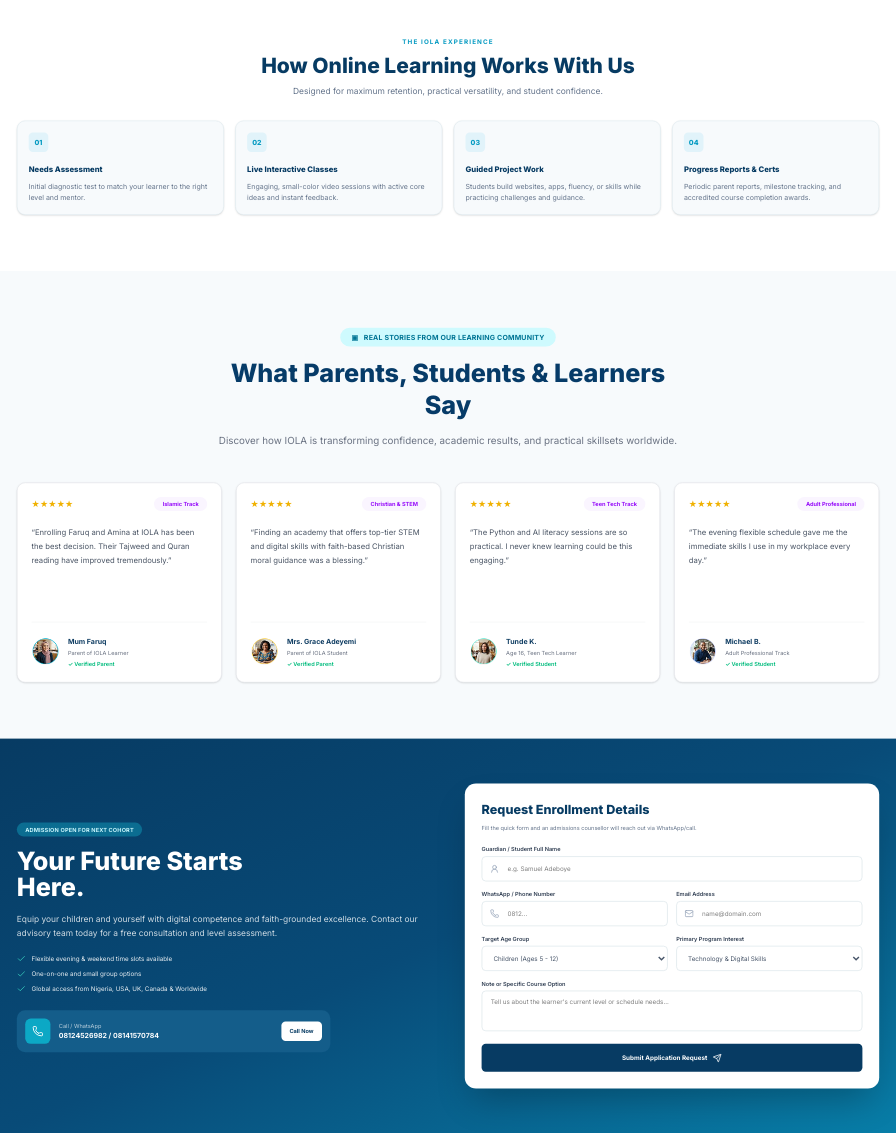
Repository: segunrotini/iola
Page: /
These files come from the project's save history. The page is drawn as it stood at one moment and after the next save; the edit follows.
The browser window is 1280 px wide. The pictures show the part of the page from y = 2333 to 4253 px (the page is 3952 px tall before and 4253 px after), at 70% of full size.
Pictures or frames that could not be fetched are drawn as grey boxes. The project was rebuilt for these pictures with package versions that can differ from the ones it lists, and the page was loaded fresh each time. Also part of the build but not shown: vite.config.ts.

Above is the page before, as saved 2026-10-05 16:10:00.

After the next save:
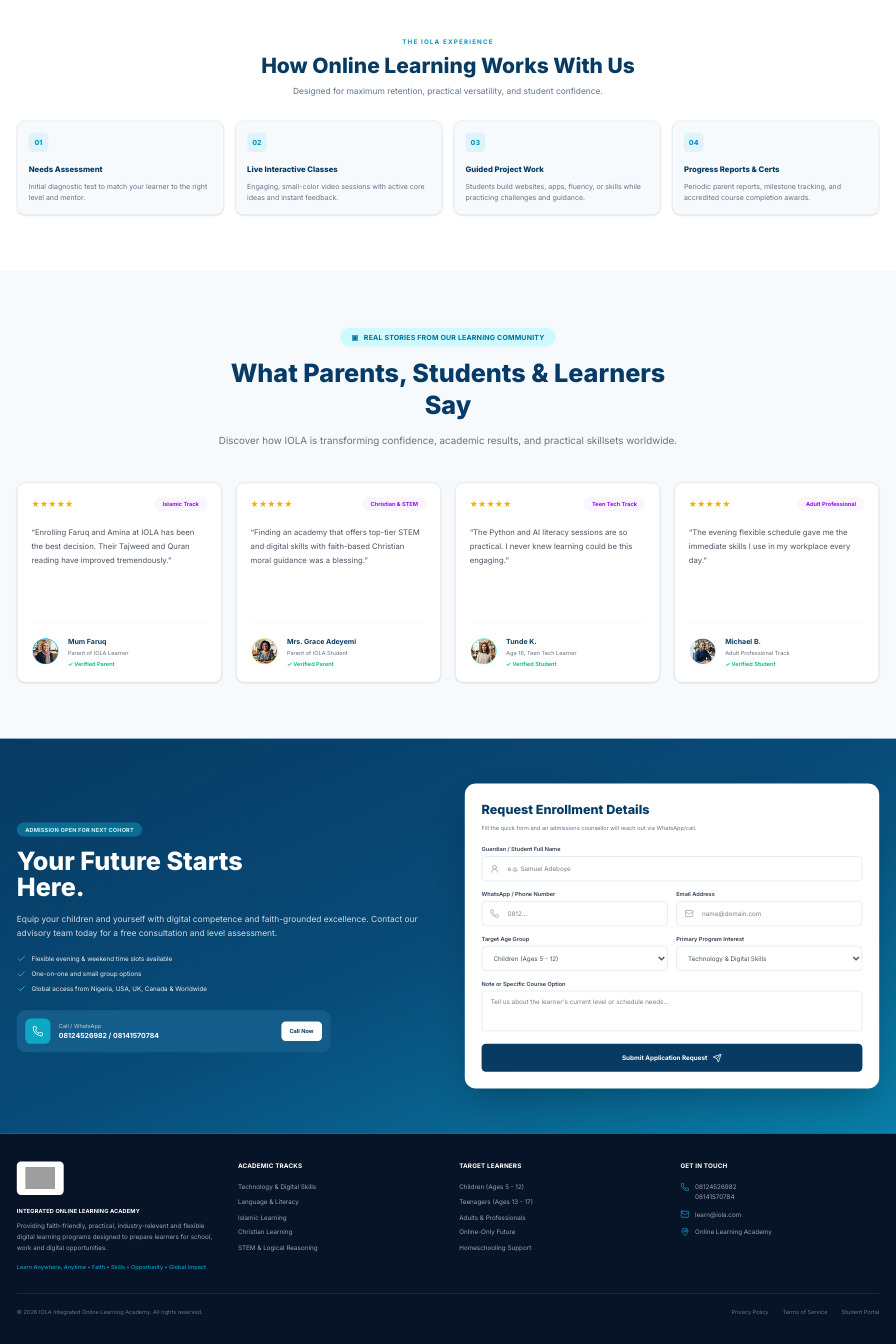
Saved 51 s later.
--- a/src/components/pages/public/Hompage.tsx
+++ b/src/components/pages/public/Hompage.tsx
@@ -6,6 +6,7 @@
 import Testimonials from "../../home/Testimonials"
 import LearningProcess from "../../home/LearningProcess"
 import AdmissionSection from "../../home/AdmissionSection"
+import Footer from "../../home/Footer"
 function Homepage() {
   return (
     <>
@@ -19,6 +20,7 @@
       <LearningProcess/>
       <Testimonials/>
       <AdmissionSection/>
+      <Footer/>
     </>
   )
 }
